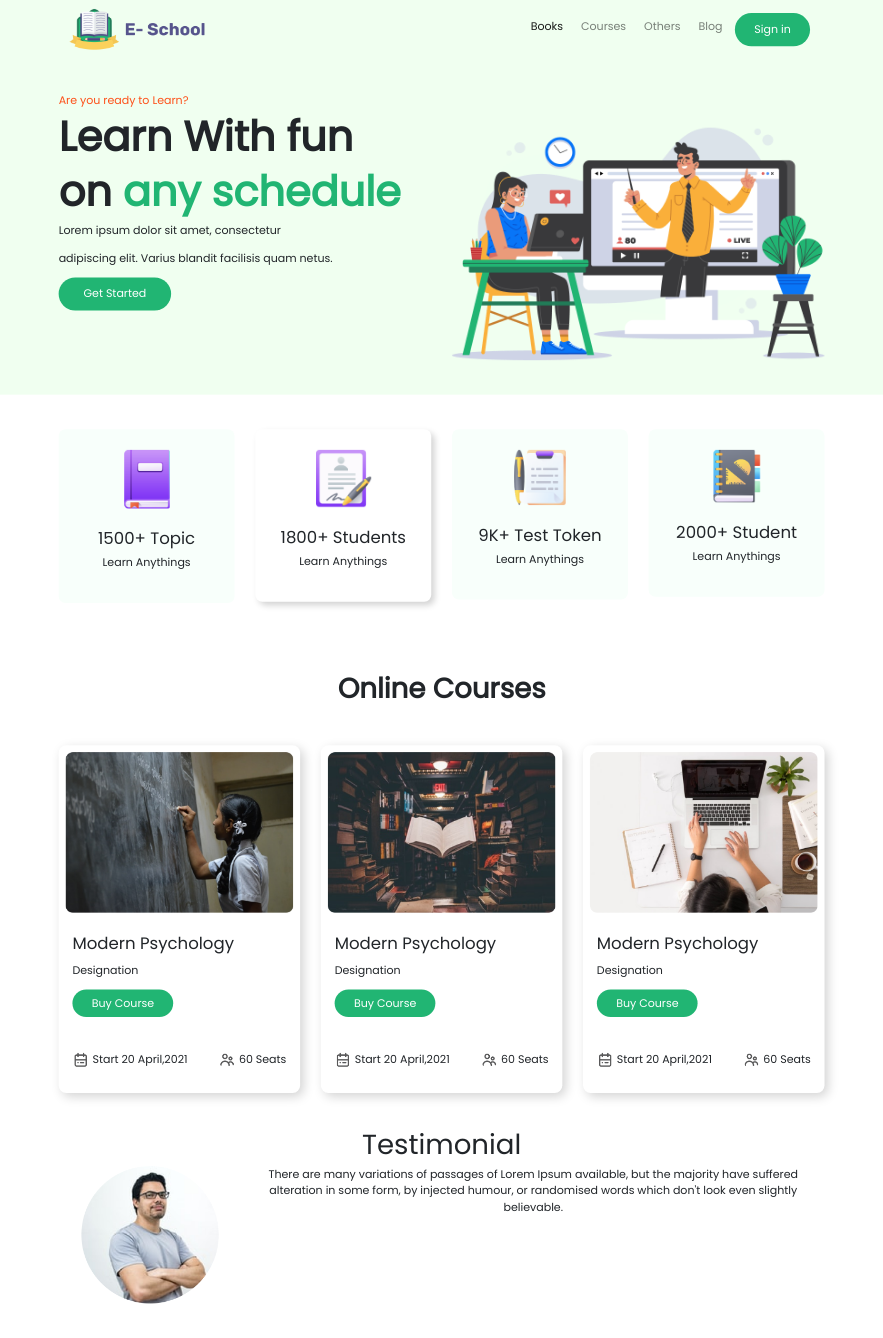
Repository: mohsinfarabi/e-school
Page: index.html
An editor plug-in stored every save of this project. The page is shown before and after the next save, followed by the edit.
The browser window is 1280 px wide. The pictures show the whole page, at 69% of full size.

Above is the page before, as saved 2020-07-08 21:20:33.

After the next save:
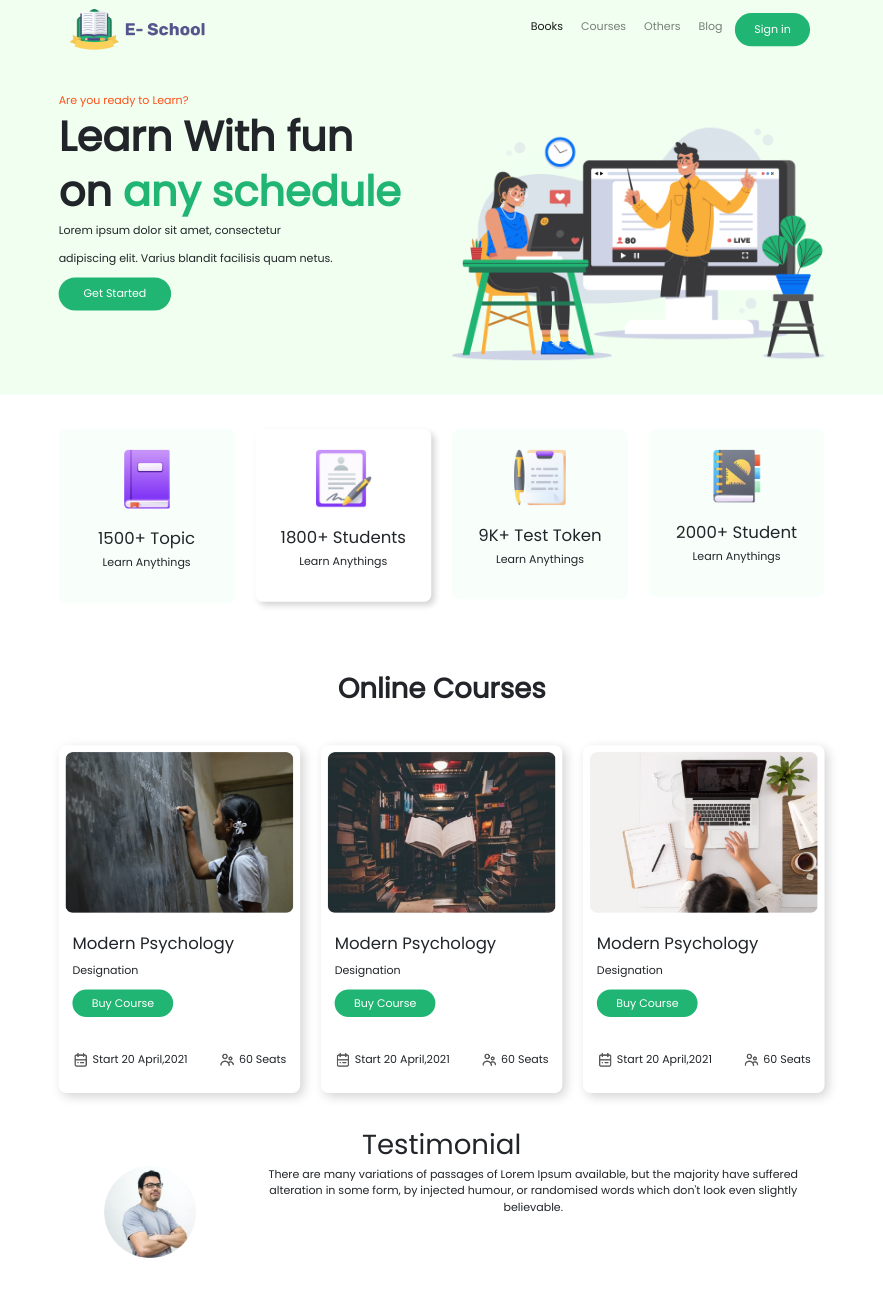
Saved 14 s later.
--- a/index.html
+++ b/index.html
@@ -174,7 +174,7 @@
         <h1>Testimonial</h1>
         <div class="testimonial-content d-flex flex-row justify-content-center">
             <div>
-                <img class="img-fluid w-75" src="images/Photos/Man.png" alt="">
+                <img class="img-fluid w-50" src="images/Photos/Man.png" alt="">
             </div>
             <div class="d flex align-content-start">
                 <p>There are many variations of passages of Lorem Ipsum available, but the majority have suffered alteration in some form, by injected humour, or randomised words which don't look even slightly believable.</p>

After the 2 saves that followed:
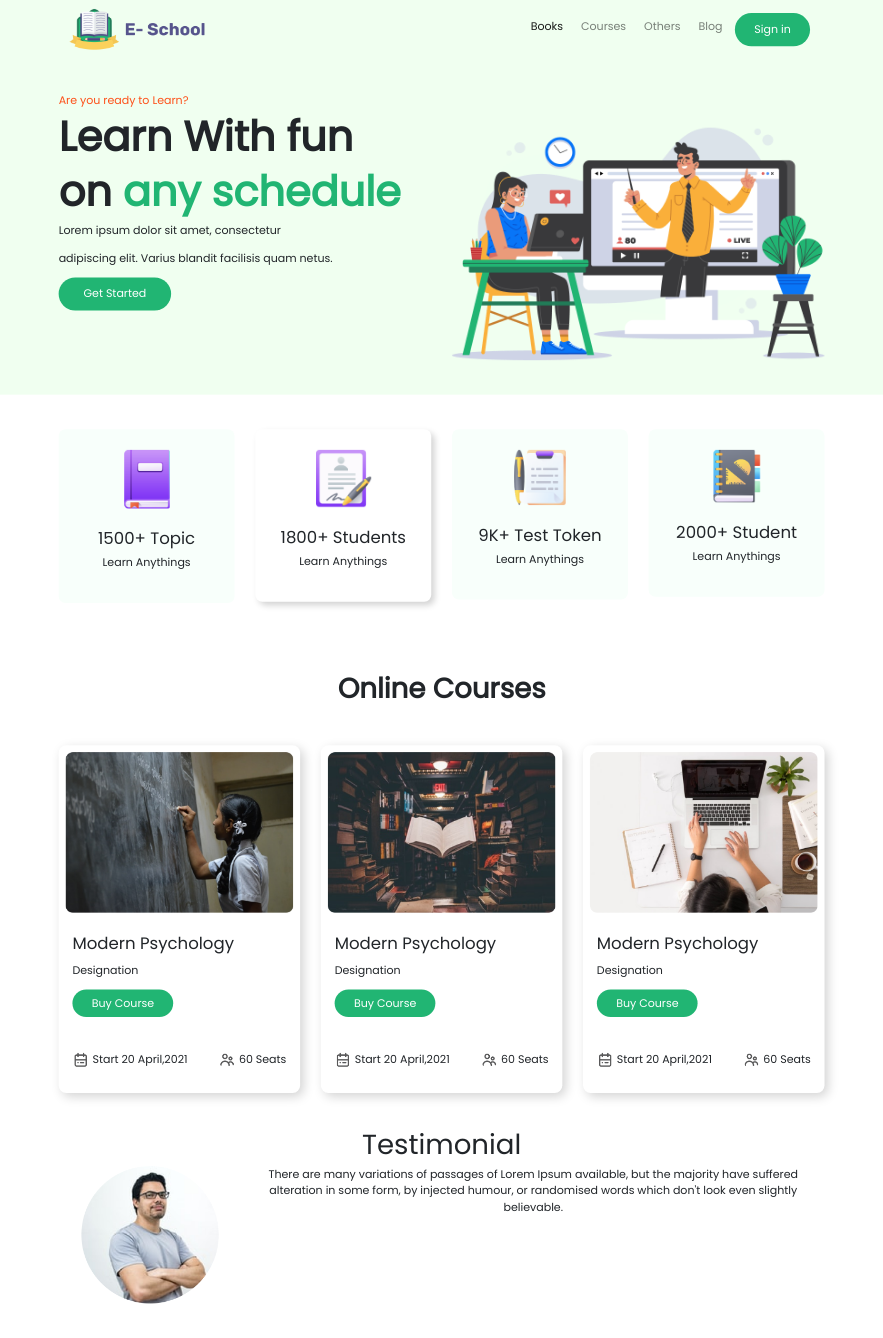
The 2 saves are shown as one change because 1 left the picture as it was.
The last was saved 2 min 39 s later.
--- a/index.html
+++ b/index.html
@@ -174,7 +174,7 @@
         <h1>Testimonial</h1>
         <div class="testimonial-content d-flex flex-row justify-content-center">
             <div>
-                <img class="img-fluid w-50" src="images/Photos/Man.png" alt="">
+                <img class="img-fluid w-75" src="images/Photos/Man.png" alt="">
             </div>
             <div class="d flex align-content-start">
                 <p>There are many variations of passages of Lorem Ipsum available, but the majority have suffered alteration in some form, by injected humour, or randomised words which don't look even slightly believable.</p>
--- a/style.css
+++ b/style.css
@@ -156,4 +156,6 @@
         text-align: center;
     }
 
-    .testimonial-content img {}
+    .testimonial-content img {
+        height: auto;
+    }
